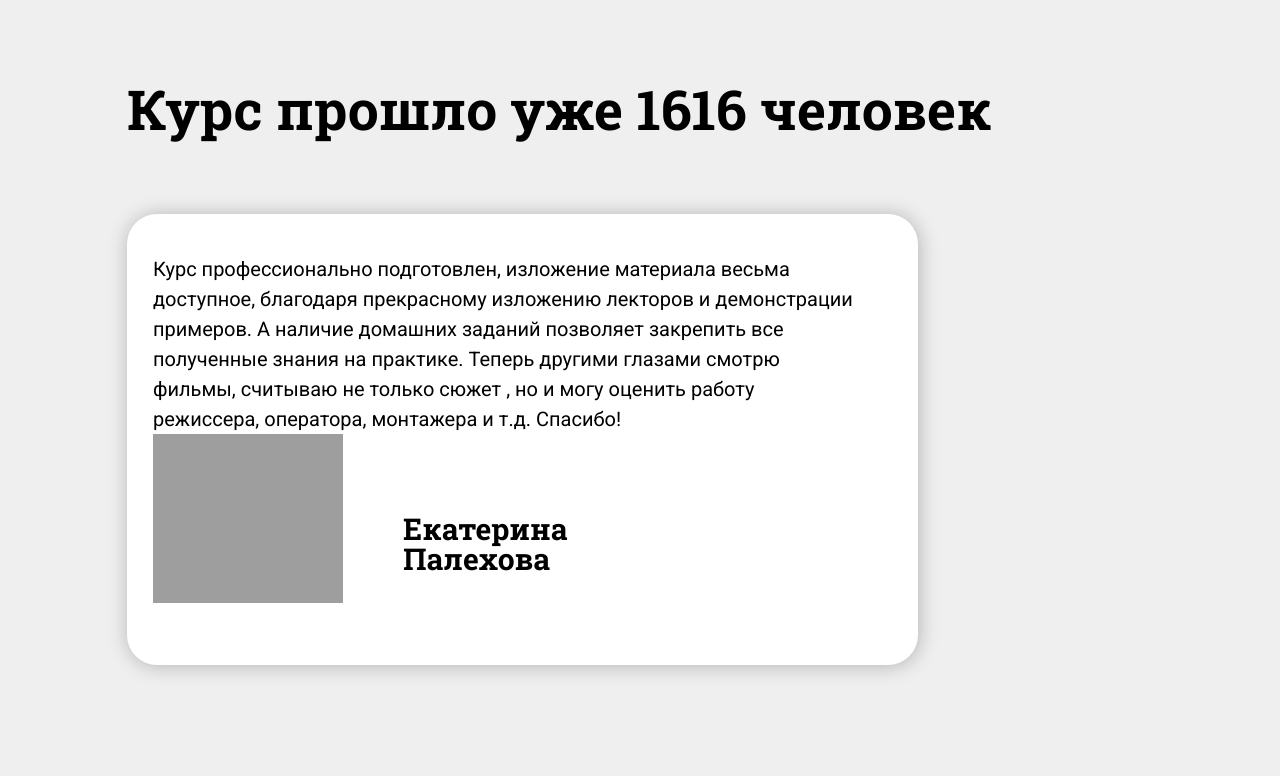
Repository: NatiqSamiyev/gray-task
Page: index.html
The author's editor kept a copy of each file at every save. The page is drawn from the files as they stood at one save, then again after the next save.
The browser window is 1280 px wide. The pictures show the whole page.
Pictures or frames that could not be fetched are drawn as grey boxes.

Above is the page before, as saved 2023-08-12 14:17:28.

After the next save:
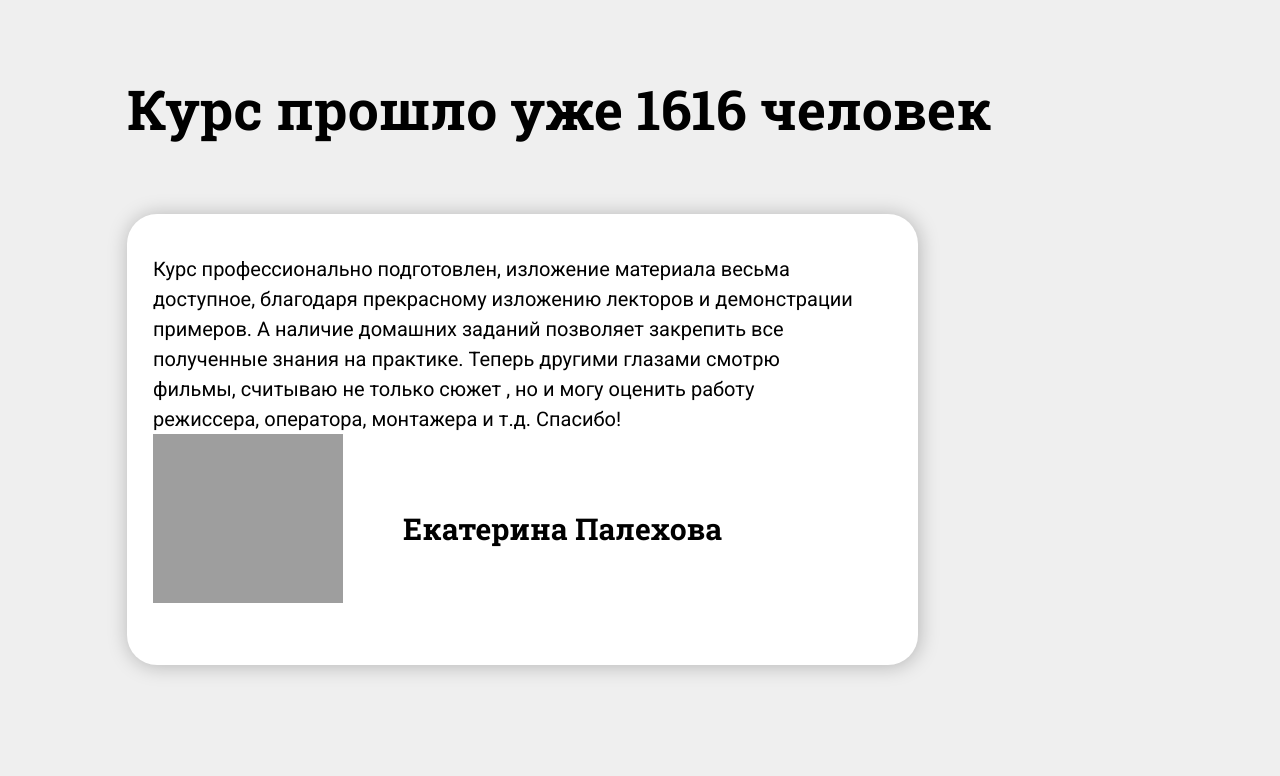
Saved 18 s later.
--- a/index.css
+++ b/index.css
@@ -47,7 +47,6 @@
 }
 
 ul li {
-  width: 190px;
   border-radius: 400px;
   border: 80px;
   list-style-type: none;
